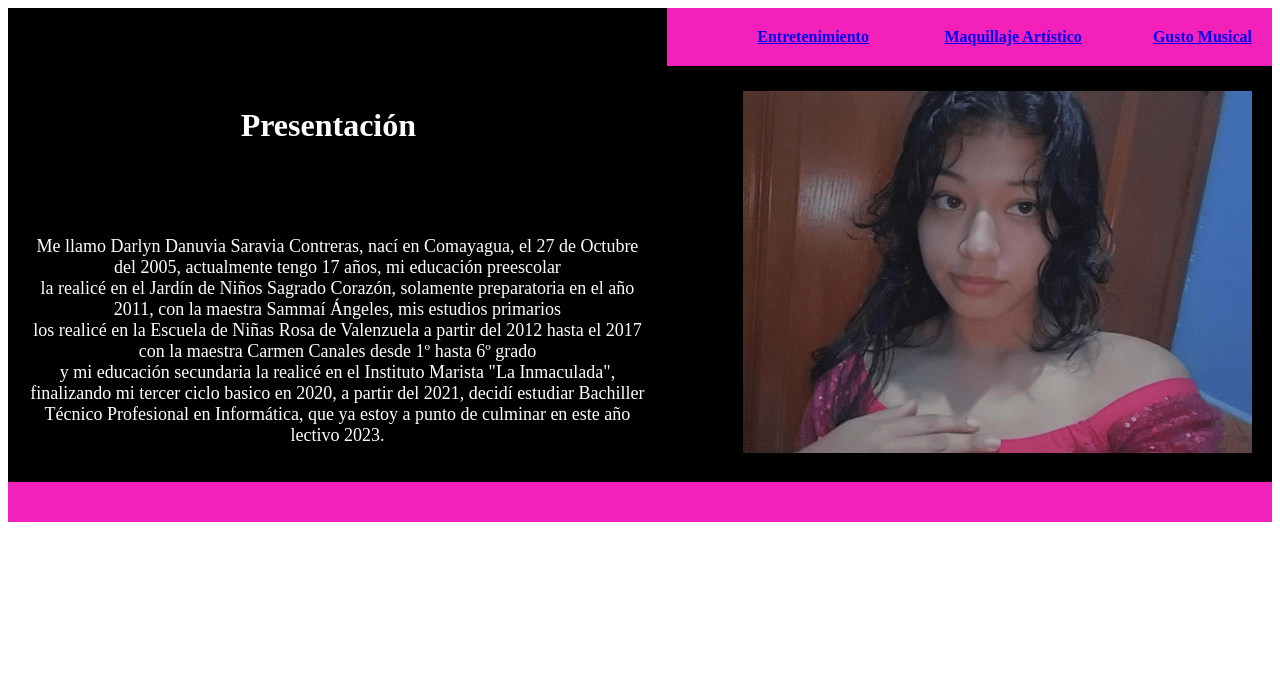
Repository: darlyn-saravia27/portafolio-darlynsaravia
Page: archivoshtml/index.html
The author's editor kept a copy of each file at every save. The page is drawn from the files as they stood at one save, then again after the next save.
The browser window is 1280 px wide. The pictures show the whole page.

Above is the page before, as saved 2023-03-05 03:35:50.

After the next save:
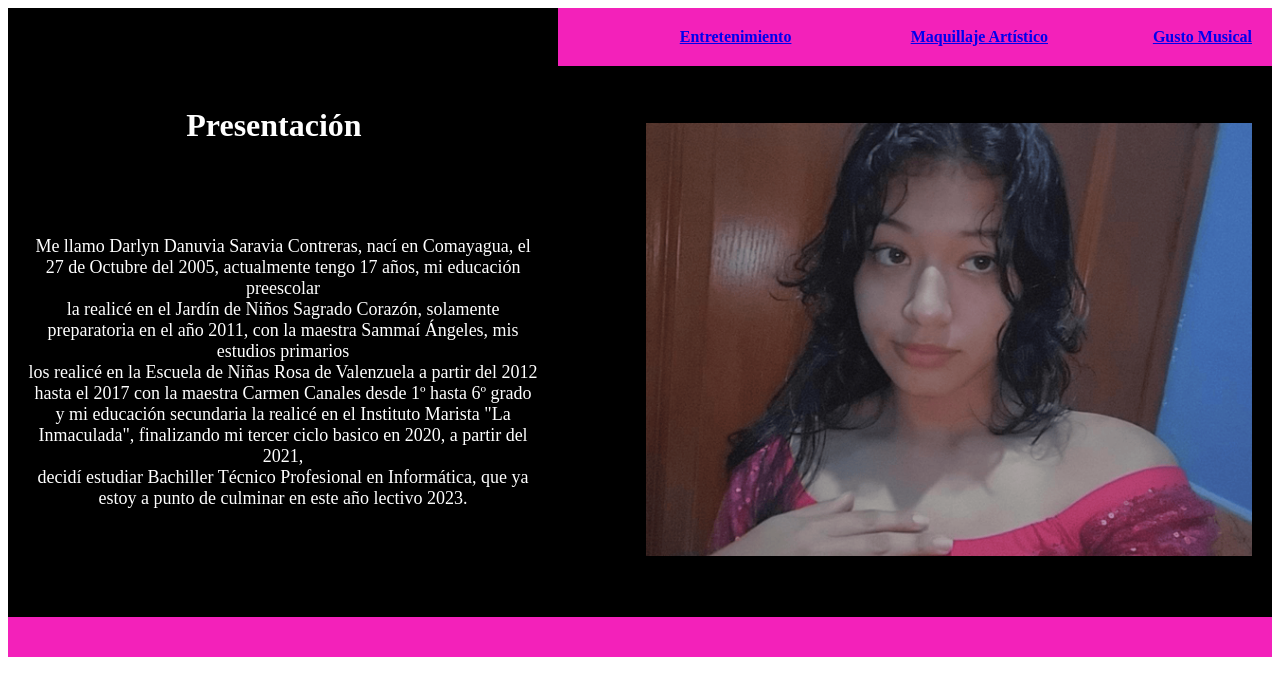
Saved 33 s later.
--- a/archivoshtml/index.html
+++ b/archivoshtml/index.html
@@ -30,9 +30,13 @@
                 Escuela de Niñas Rosa de Valenzuela a partir del 2012 hasta el 2017 con
                 la maestra Carmen Canales desde 1º hasta 6º grado <br>y mi educación secundaria la
                 realicé en el Instituto Marista "La Inmaculada", finalizando
-                mi tercer ciclo basico en 2020, a partir del 2021, decidí estudiar Bachiller
+                mi tercer ciclo basico en 2020, a partir del 2021, <br>decidí estudiar Bachiller
                 Técnico Profesional en Informática, que ya estoy a punto de culminar en este año lectivo 2023.</font>
             </p>
+            <br>
+            <br>
+            <br>
+            <br>
         </td>
         <td align="right" colspan="3">
             <img src="foto.png" alt="Darlyn Saravia" width="90%" height="90%">
